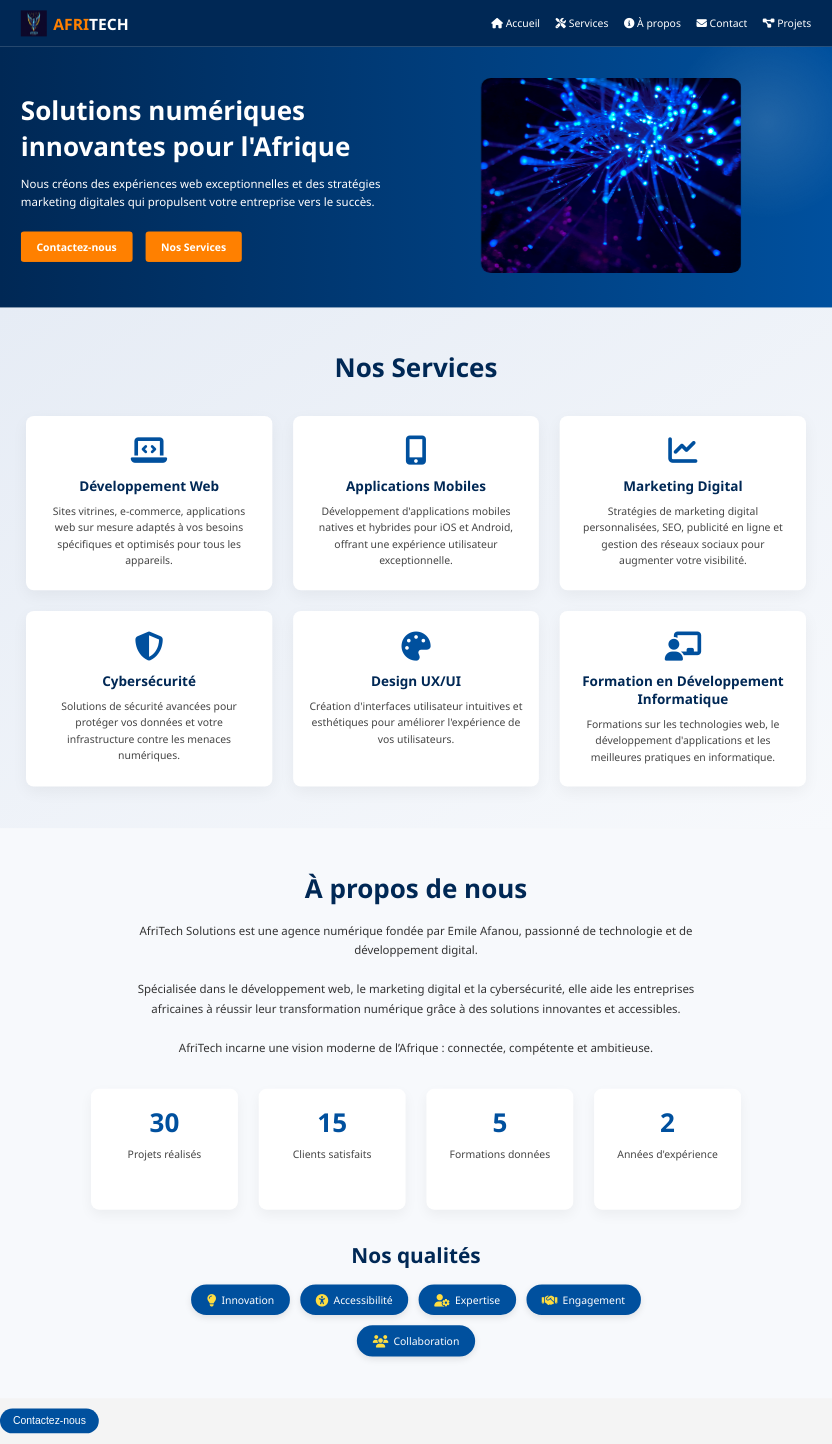
Repository: prestige225/AFRITECH
Page: index.html
These files come from the project's save history. The page is drawn as it stood at one moment and after the next save; the edit follows.
The browser window is 1280 px wide. The pictures show the whole page, at 65% of full size.

Above is the page before, as saved 2025-07-16 03:51:38.

After the next save:
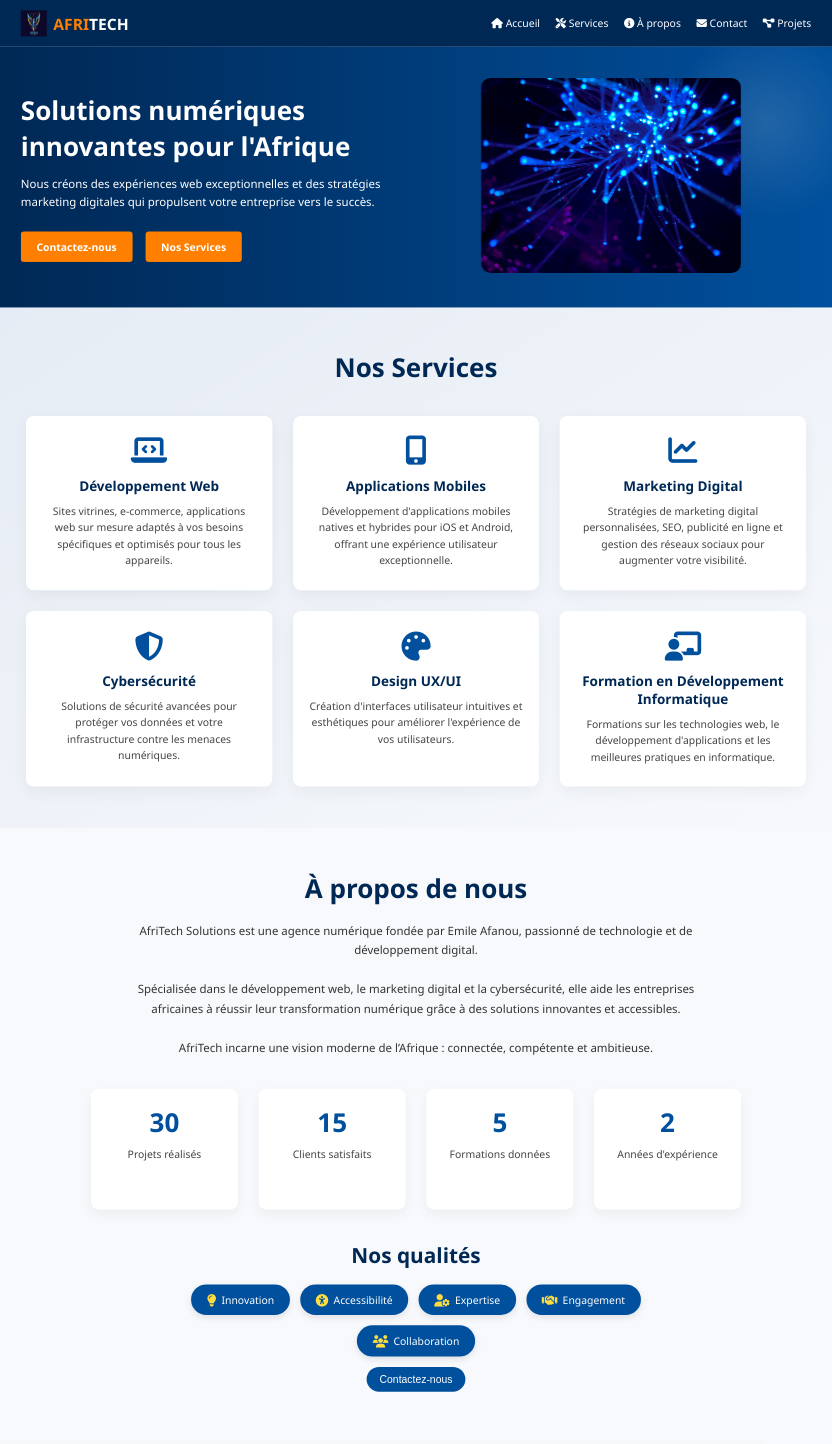
Saved 52 s later.
--- a/index.html
+++ b/index.html
@@ -135,11 +135,9 @@
       <li><i class="fas fa-users"></i> Collaboration</li>
     </ul>
   </div>
-</section>
 
 
-
-<!-- Bouton pour ouvrir la modale -->
+  <!-- Bouton pour ouvrir la modale -->
 <button id="openModalBtn" class="open-modal-btn">Contactez-nous</button>
 
 <!-- Modale -->
@@ -155,6 +153,11 @@
     </form>
   </div>
 </div>
+</section>
+
+
+
+
 
 
     <script src="index.js"></script>
